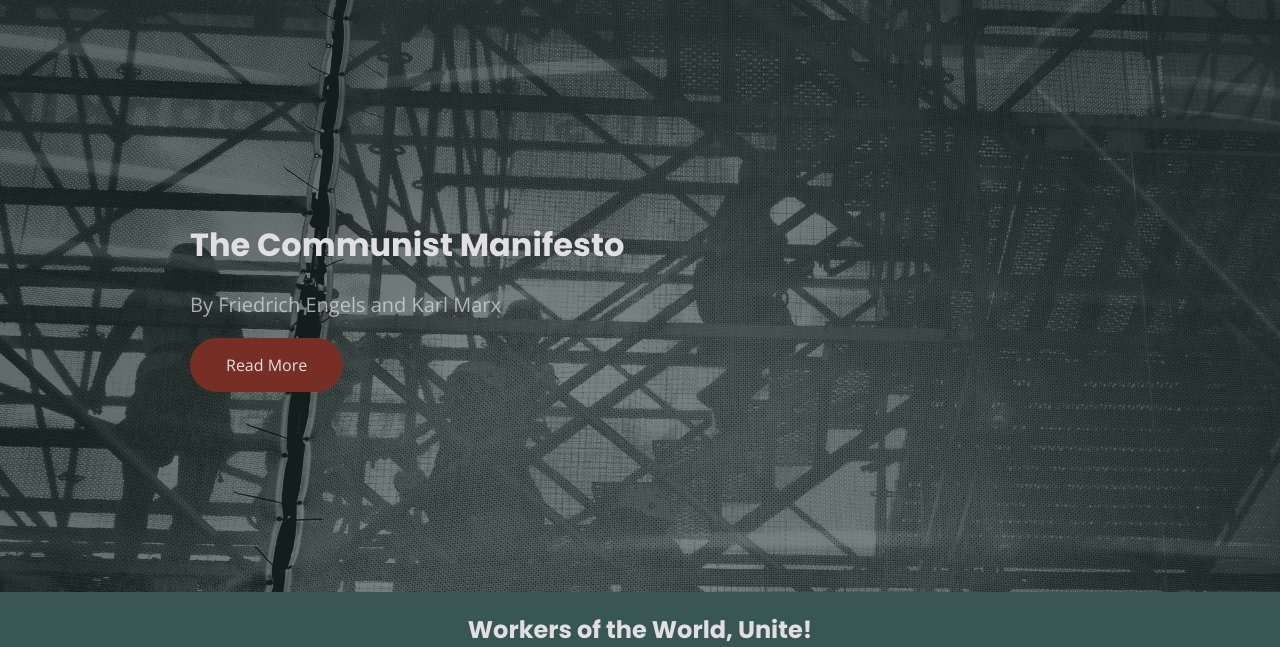
Repository: eaang/landing
Page: index.html
An editor plug-in stored every save of this project. The page is shown before and after the next save, followed by the edit.
The browser window is 1280 px wide. The pictures show the part of the page from y = 0 to 647 px (the page is 1113 px tall).
A picture or video elsewhere on the page could not be fetched, so the positions and the page height are approximate. Some web libraries are served in a nearby version.

Above is the page before, as saved 2020-06-10 16:14:56.

### index.html
<!DOCTYPE html>
<html>
<head>
  <meta charset="UTF-8">
  <title>The Communist Manifesto</title>
  <link rel="shortcut icon" href="data:[embedded picture, 18 characters]" type="image/x-icon">
  <!-- We need this line below for responsiveness! -->
  <meta name="viewport" content="width=device-width, initial-scale=1">
  <link rel="stylesheet" href="css/style.css">
</head>
<body>
  <!-- code a Hero / Banner section -->
  <div class="banner">
    <div class="container">
      <h1>The Communist Manifesto</h1>
      <p>By Friedrich Engels and Karl Marx</p>
      <a class="btn-primary" href="#">Read More</a>
    </div>
  </div>
  <!-- code a "How it works" section -->
  <div class="container">
    <h2 class="text-center">Workers of the World, Unite!</h2>
    <div class="cards">

      <div class="card">
        <img src="images/apply.svg" alt="">
        <h4>Past</h4>
        <p>The history of all hitherto existing society is the history of class struggles.</p>
      </div>

      <div class="card">
        <img src="images/learn.svg" alt="">
        <h4>Present</h4>
        <p>The weapons with which the bourgeoisie felled feudalism to the ground are now turned against the bourgeoisie itself. </p>
      </div>

      <div class="card">
        <img src="images/product.svg" alt="">
        <h4>Future</h4>
        <p>The proletarians have nothing to lose but their chains. They have a world to win.</p>
      </div>

    </div>
  </div>
  <!-- code a footer -->
  <div class="footer">
    <div class="links">
      <a href="#"><i class="fab fa-fw fa-facebook-f"></i></a>
      <a href="#"><i class="fab fa-fw fa-github"></i></a>
      <a href="#"><i class="fab fa-fw fa-twitter"></i></a>
      <a href="#"><i class="fab fa-fw fa-instagram"></i></a>
      <p>The revolution will not be televised. The revolution will be live.</p>

    </div>
  </div>
</body>
</html>

### css/style.css
/* Fonts */
@import url('https://fonts.googleapis.com/css?family=Open+Sans:400,700|Poppins:700');

/* Fontawesome */
@import url('https://use.fontawesome.com/releases/v5.6.3/css/all.css');

/* Utilities */
body {
  margin: 0;
  font-family: Open Sans;
  background-color: #385654;
  color: #E1DFE1;
}

h1, h2, h3, h4 {
  font-family: Poppins;
}

a {
  text-decoration: none;
}

.text-center {
  text-align: center;
}
/* Custom design below! */
.container {
	width: 900px;
	margin: auto;
}

/* Banner design */
.banner:before {
  content: ' ';
  display: block;
  position: absolute;
  left: 0;
  top: 0;
  width: 100%;
  height: 100%;
  z-index: 1;
  opacity: 0.4;
  background-image: url("../images/background.jpg");
  background-repeat: no-repeat;
  background-position: 50% 0;
  -ms-background-size: cover;
  -o-background-size: cover;
  -moz-background-size: cover;
  -webkit-background-size: cover;
  background-size: cover;
}
.banner {
  position: relative;
  background: #203130;
  overflow: hidden;
	padding: 200px 0;
}
.banner h1 {
  position: relative;
  z-index: 2;
	color: #E1DFE1;
}
.banner p {
  position: relative;
  z-index: 2;
	color: #E1DFE1;
	opacity: .7;
	font-size: 20px;
}
.btn-primary {
  position: relative;
  z-index: 2;
	display: inline-block;
	background-color: #772E25;
	padding: 16px 36px;
	border-radius: 50px;
	color: #E1DFE1;
}

/* Cards design */
.cards {
	display: flex;
	justify-content: space-between;
	margin-bottom: 30px;
}
.card {
	width: 200px;
	border-radius: 3px;
	box-shadow: 0 0 5px rgb(40,62,60);
	text-align: center;
	padding: 20px;
	border: 1px solid rgb(40,62,60);
}
.card img {
	height: 100px;
}

After the next save:
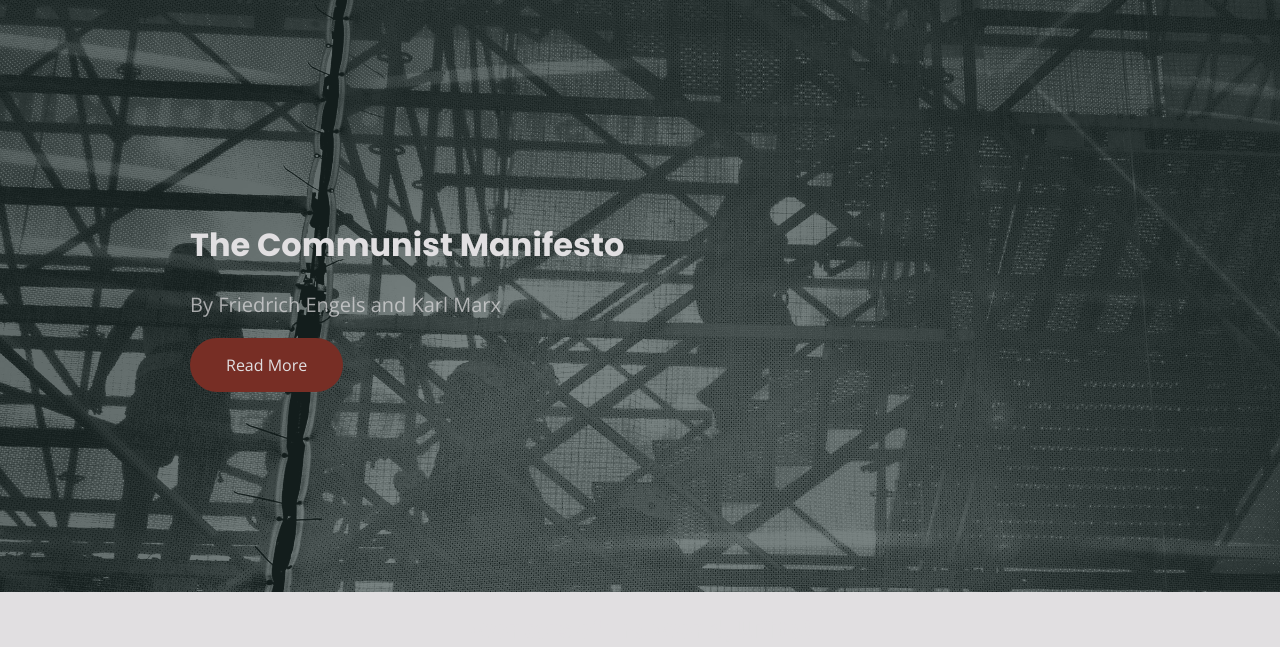
Saved 26 s later.
--- a/css/style.css
+++ b/css/style.css
@@ -8,7 +8,7 @@
 body {
   margin: 0;
   font-family: Open Sans;
-  background-color: #385654;
+  background-color: #E1DFE1;
   color: #E1DFE1;
 }
 
